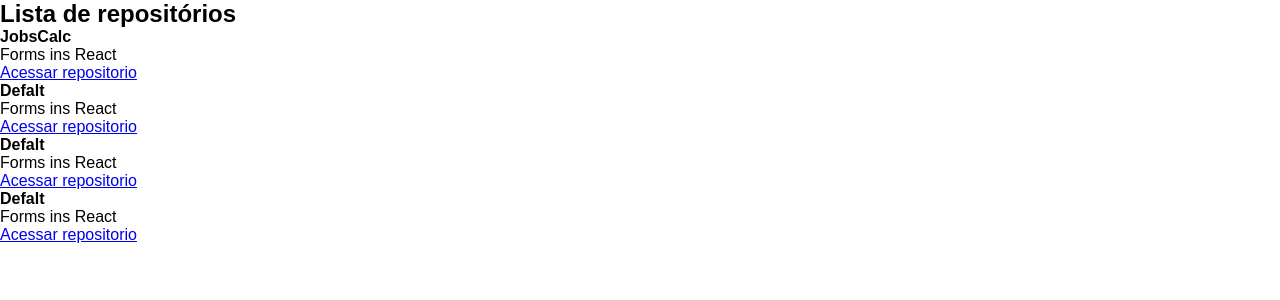
Repository: viniciusfg05/AnnotationReacts
Page: /
An editor plug-in stored every save of this project. The page is shown before and after a run of saves, followed by the edit.
The browser window is 1280 px wide. The pictures show the whole page.
The project was rebuilt for these pictures with package versions that can differ from the ones it lists, and the page was loaded fresh each time. Also part of the build but not shown: webpack.config.js.

Above is the page before, as saved 2022-02-17 14:04:15.

After the next 2 saves:
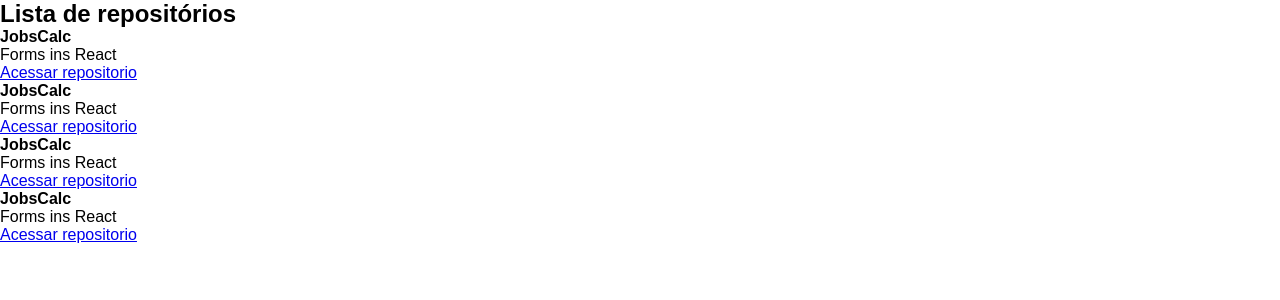
The 2 saves are shown as one change because 1 did not build or start.
The last was saved 72 s later.
--- a/src/components/RepositoryList.jsx
+++ b/src/components/RepositoryList.jsx
@@ -13,9 +13,9 @@ export function RepositoryList() {
 
       <ul>
         <RepositoryItens repository={repository} />
-        <RepositoryItens />
-        <RepositoryItens />
-        <RepositoryItens />
+        <RepositoryItens repository={repository} />
+        <RepositoryItens repository={repository} />
+        <RepositoryItens repository={repository} />
       </ul>
     </section>
   )
--- a/src/components/RepositoryItens.jsx
+++ b/src/components/RepositoryItens.jsx
@@ -1,7 +1,7 @@
 export function RepositoryItens(props) {
   return (
     <li>
-      <strong>{props.repository?.name ?? 'Defalt'}</strong>
+      <strong>{props.repository.name ?? 'Defalt'}</strong>
       <p>Forms ins React</p>
 
       <a href="#">Acessar repositorio</a>
